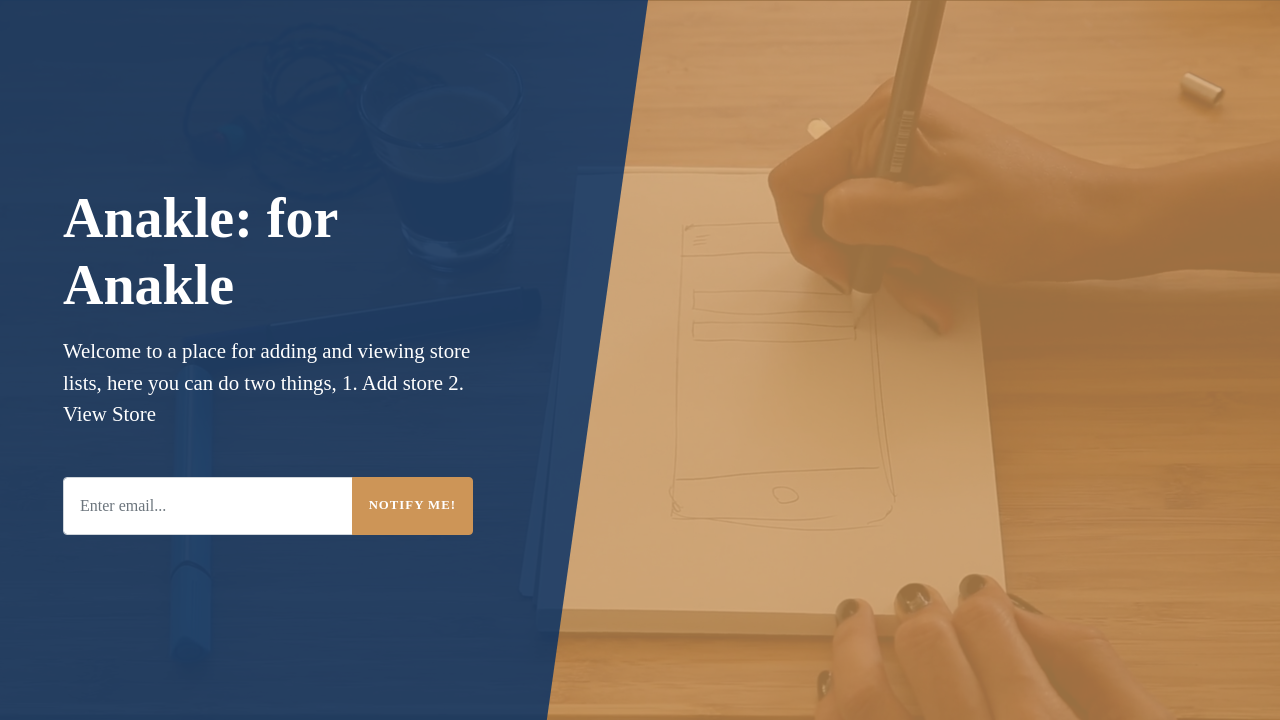
Repository: Guruscode/mega-list
Page: http://localhost/
These files come from the project's save history. The page is drawn as it stood at one moment and after the next save; the edit follows.
The browser window is 1280 px wide. The pictures show the whole page.
The page is run by PHP 8.4 with error messages shown; the project is at /var/www/html/.

Above is the page before, as saved 2018-02-20 23:01:41.
Console error: TypeError: Cannot read properties of undefined (reading 'fn')

After the next save:
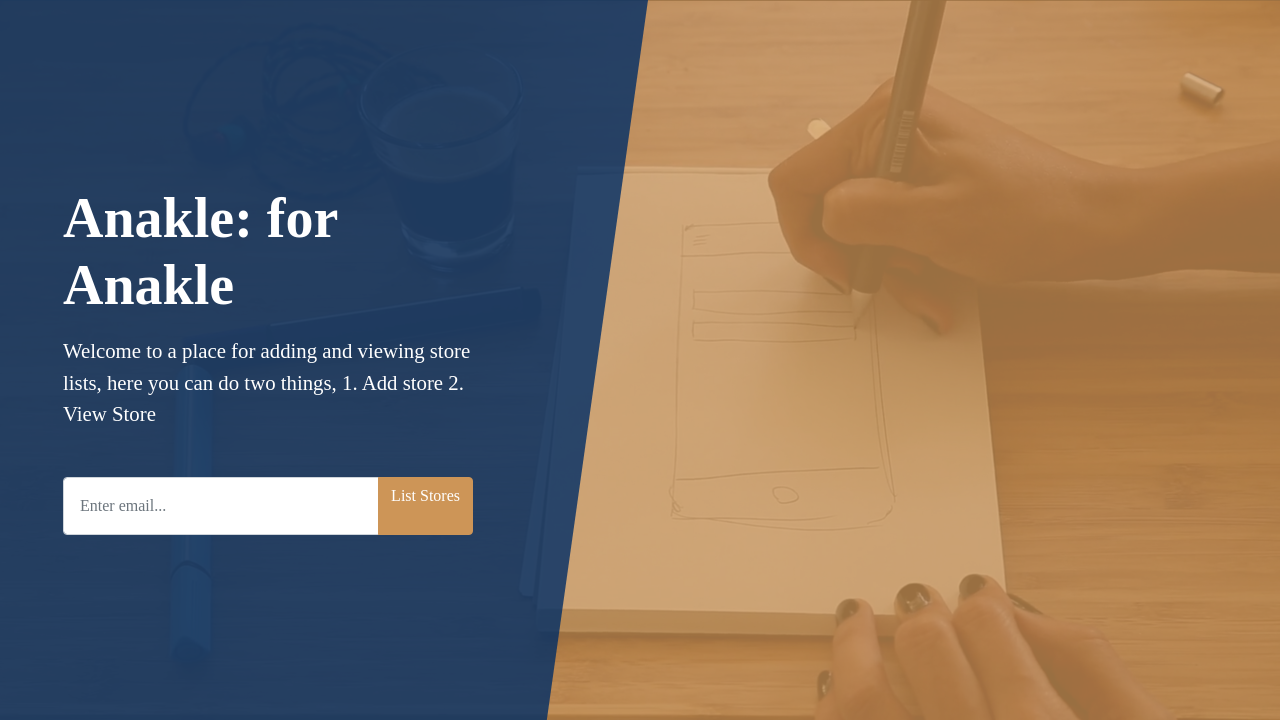
Saved 37 s later.
--- a/index.php
+++ b/index.php
@@ -25,7 +25,7 @@
                 <div class="input-group input-group-newsletter">
                     <input type="email" class="form-control" placeholder="Enter email..." aria-label="Enter email..." aria-describedby="basic-addon">
                     <div class="input-group-append">
-                    <button class="btn btn-secondary" type="button">Notify Me!</button>
+                    <a class="btn btn-secondary" type="button">List Stores</a>
                     </div>
                 </div>
                 </div>
